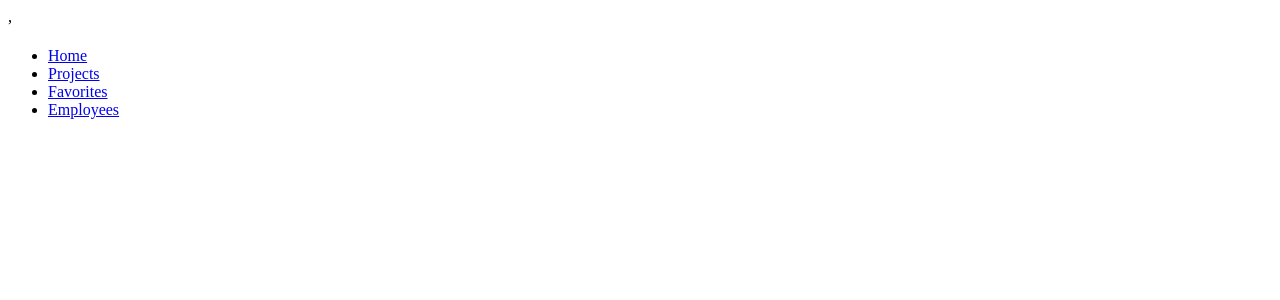
Repository: Kayla-amr/workApp
Page: client/employee.html
The author's editor kept a copy of each file at every save. The page is drawn from the files as they stood at one save, then again after the next save.
The browser window is 1280 px wide. The pictures show the whole page.
The page's requests for data from a server got no answer.

Above is the page before, as saved 2023-12-08 07:23:04.
Console error: TypeError: Cannot read properties of null (reading 'addEventListener')

### client/employee.html
,<!DOCTYPE html>
<html lang="en">
<head>
    <meta charset="UTF-8">
    <meta name="viewport" content="width=device-width, initial-scale=1.0">
    <title>Work Management App</title>
</head>
<body>
<div class="app">
    <h1></h1>

    <nav>
        <ul>
            <li><a href="./index.html">Home</a></li>
            <li><a href="./projects.html">Projects</a></li>
            <li><a href="./favorites.html">Favorites</a></li>
            <li><a href="./employees.html">Employees</a></li>
        </ul>
    </nav>

    <div>

    </div>
</div>
</body>
<script src="./src/main.js"></script>
</html>

### client/src/main.js
let employees = [
    {
        id: 1,
        name: 'John Doe',
        title: 'CEO',
        pay: 17.25
    },
    {
        id: 2,
        name: 'Steve Smith',
        title: 'CTO',
        pay: 15.75
    },
    {
        id: 3,
        name: 'Jane Doe',
        title: 'CFO',
        pay: 16.00
    }
];

let equipment = [
    {
        id: 1,
        name: 'cement',
    },
    {
        id: 2,
        name: 'trailer',
    },
    {
        id: 3,
        name: 'truck',
    }
];

let projects = [
    {
        id: 1,
        name: 'Project 1',
        description: 'This is a project description',
        equipment: [ 'cement', 'trailer', 'truck' ],
        employees:['John Doe', 'Steve Smith'],
        cost: 1234.56
    },
    {
        id: 2,
        name: 'Project 2',
        description: 'This is a project description',
        equipment: [ 'cement', 'trailer', 'truck' ],
        employees:['Jane Doe', 'Steve Smith'],
        cost: 1234.56
    },
    {
        id: 3,
        name: 'Project 3',
        description: 'This is a project description',
        equipment: [ 'cement', 'trailer', 'truck' ],
        employees:['John Doe', 'Jane Doe'],
        cost: 1234.56
    }
];

let employeeList = document.querySelector('.employee');
let projectList = document.querySelector('.project');
let equipmentList = document.querySelector('.equipment');

function createEmployeeLi(employee) {
    let li = document.createElement('li');
    li.setAttribute('id', employee.id);
    li.innerText = [employee.name, employee.title, employee.pay]
    return li;
}


function addEmployee() {
    let userEName = document.querySelector('.userEName');
    let userETitle = document.querySelector('.userETitle');
    let userEPay = document.querySelector('.userEPay');
    let newEmployee = {
        id: employees.length + 1,
        name: userEName.value,
        title: userETitle.value,
        pay: userEPay.value
    };

    employees.push(newEmployee);
    viewWork(employees);
}

addEInput = document.querySelector('.addEInput');
addEInput.addEventListener('click', (event) => {
    addEmployee();
    viewWork(employees);
}
);

function viewWork(employees) {
    employeeList.innerText = '';

    employees.forEach((employee) => {

        let li = createEmployeeLi(employee);
        employeeList.appendChild(li);
    });
}

viewWork(employees)

### client/src/employeeDetail.js
async function getData(employeeId){
    const response = await fetch(`/api/employees/${employeeId}`);
    const employee = await response.json();

    displayEmployeeDetails(employee);
}

window.onload = function() {
const params = new URLSearchParams(window.location.search);
const employeeId = parseInt(params.get('id'));
if (!isNaN(employeeId)) {
    getData(employeeId);
} else {
    console.error("Invalid employee ID");
}
};

function getEmployeeById(id) {
return employees.find(employee => employee.id === id);
}

function displayEmployeeDetails(employee) {
const employeeDetailsDiv = document.querySelector('.employeeDetails');

if (employee) {
    let pay = parseFloat(employee.pay);
    employeeDetailsDiv.innerHTML = `
        <h2 class="employeeName">${employee.name}</h2>
        <h3 class="employeeTitle">${employee.title}</h3>
        <h3 class="employeePay">$${pay.toFixed(2)}</h3>
        <button class="editEmployee">Edit</button>
    `
    employeeDetailsDiv.appendChild(createDeleteButton(employee.id))
    ;

    document.querySelector('.editEmployee').addEventListener('click', () => enableEditMode(employee));
} else {
    employeeDetailsDiv.innerText = 'Employee not found';
}
}

function enableEditMode(employee) {
const employeeDetailsDiv = document.querySelector('.employeeDetails');
employeeDetailsDiv.innerHTML = `
    <input class="editEmployeeName" type="text" value="${employee.name}">
    <input class="editEmployeeTitle" type="text" value="${employee.title}">
    <input class="editEmployeePay" type="text" value="${employee.pay}">
    <button class="saveEmployeeChanges">Save Changes</button>`;

document.querySelector('.saveEmployeeChanges').addEventListener('click', () => saveChanges(employee));
}

function saveChanges(employee) {
employee.name = document.querySelector('.editEmployeeName').value;
employee.title = document.querySelector('.editEmployeeTitle').value;
employee.pay = parseFloat(document.querySelector('.editEmployeePay').value);

updateEmployee(employee);
}

function createDeleteButton(employeeId) {
const deleteButton = document.createElement('button');
deleteButton.classList.add('deleteEmployee');
deleteButton.innerText = 'Delete';
deleteButton.addEventListener('click', () => deleteEmployee(employeeId));
return deleteButton;
}

function deleteEmployee(employeeId) {
if (confirm('Are you sure you want to delete this employee?')) {
    fetch(`/api/employees/${employeeId}`, {
        method: 'DELETE'
    })
    .then(response => response.json())
    .then(data => {
        console.log('Success:', data);
        window.location.href = 'employees.html';
    })
    .catch((error) => {
        console.error('Error:', error);
    });
}
}

function updateEmployee(employee) {
fetch(`/api/employees/${employee.id}`, {
    method: 'PUT',
    headers: {
        'Content-Type': 'application/json'
    },
    body: JSON.stringify(employee)
})
.then(response => response.json())
.then(data => {
    console.log('Success:', data);
    displayEmployeeDetails(employee);
})
.catch((error) => {
    console.error('Error:', error);
});
}



window.onload = function() {
const params = new URLSearchParams(window.location.search);
const employeeId = parseInt(params.get('id'));
getData(employeeId); // Call getData with the employee ID

const deleteButton = document.querySelector('.deleteEmployee');
if (deleteButton) {
    deleteButton.addEventListener('click', () => {
        deleteEmployee(employeeId);
    });
}
};

After the next save:
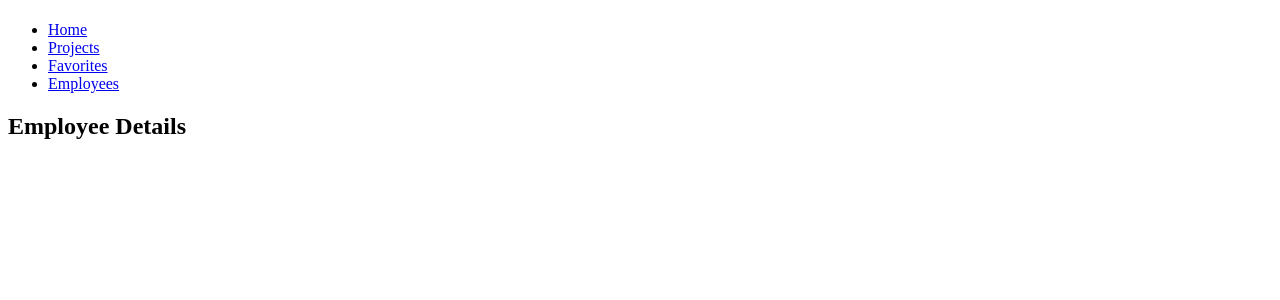
The error is gone.
Saved 19 s later.
--- a/client/employee.html
+++ b/client/employee.html
@@ -1,4 +1,4 @@
-,<!DOCTYPE html>
+<!DOCTYPE html>
 <html lang="en">
 <head>
     <meta charset="UTF-8">
@@ -19,9 +19,12 @@
     </nav>
 
     <div>
+        <h2>Employee Details</h2>
+        <div class="employeeDetails">
+        </div>
 
     </div>
 </div>
 </body>
-<script src="./src/main.js"></script>
+<script src="./src/employeeDetail.js"></script>
 </html>
